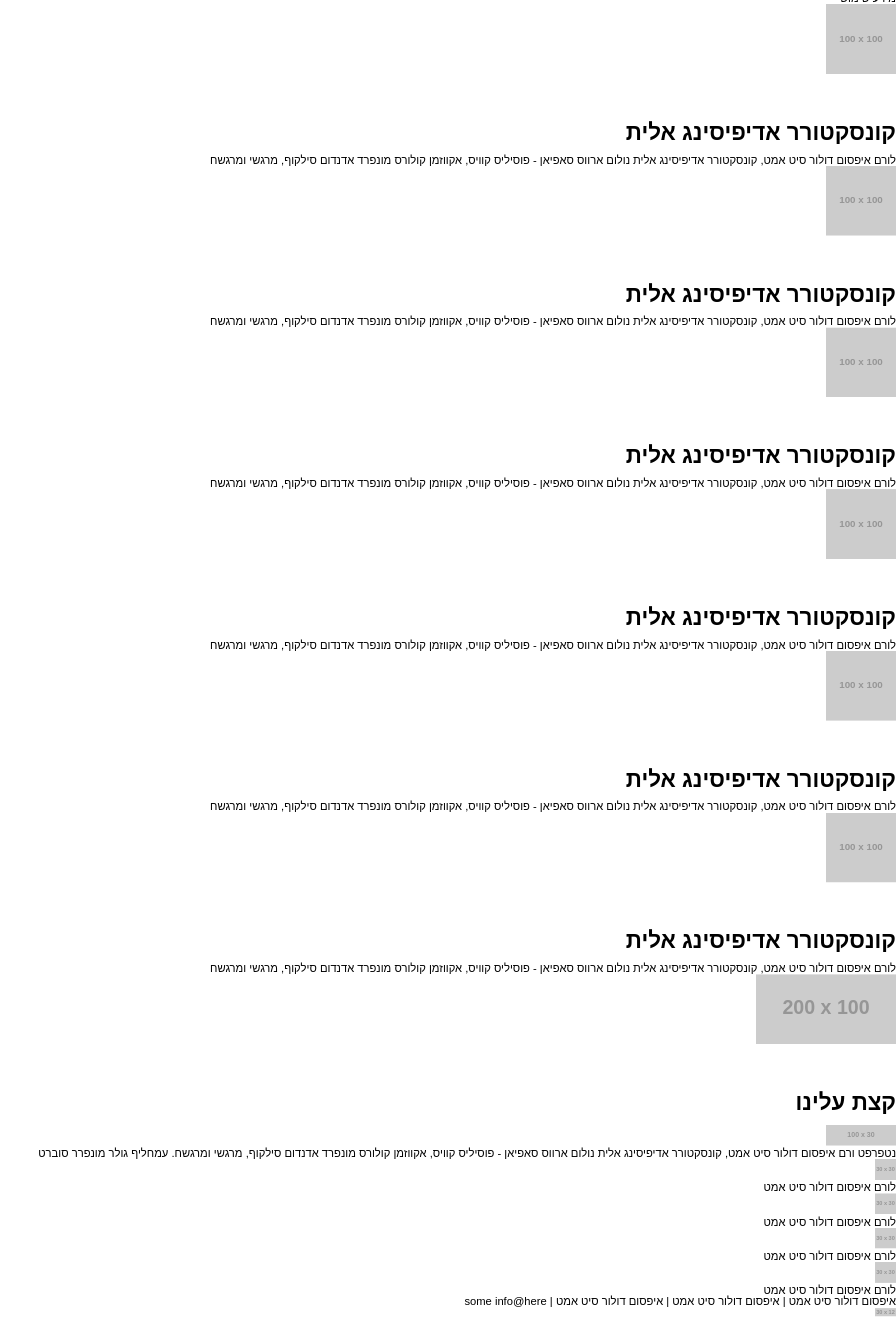
Repository: Julian-Escobar/DevShots
Page: index.html
The author's editor kept a copy of each file at every save. The page is drawn from the files as they stood at one save, then again after the next save.
The browser window is 1280 px wide. The pictures show the part of the page from y = 3224 to 5118 px (the page is 5108 px tall before and 5118 px after), at 70% of full size.
A picture or video elsewhere on the page could not be fetched, so the positions and the page height are approximate. Backgrounds fixed to the window are drawn as part of the page.

Above is the page before, as saved 2018-09-16 21:07:09.

After the next save:
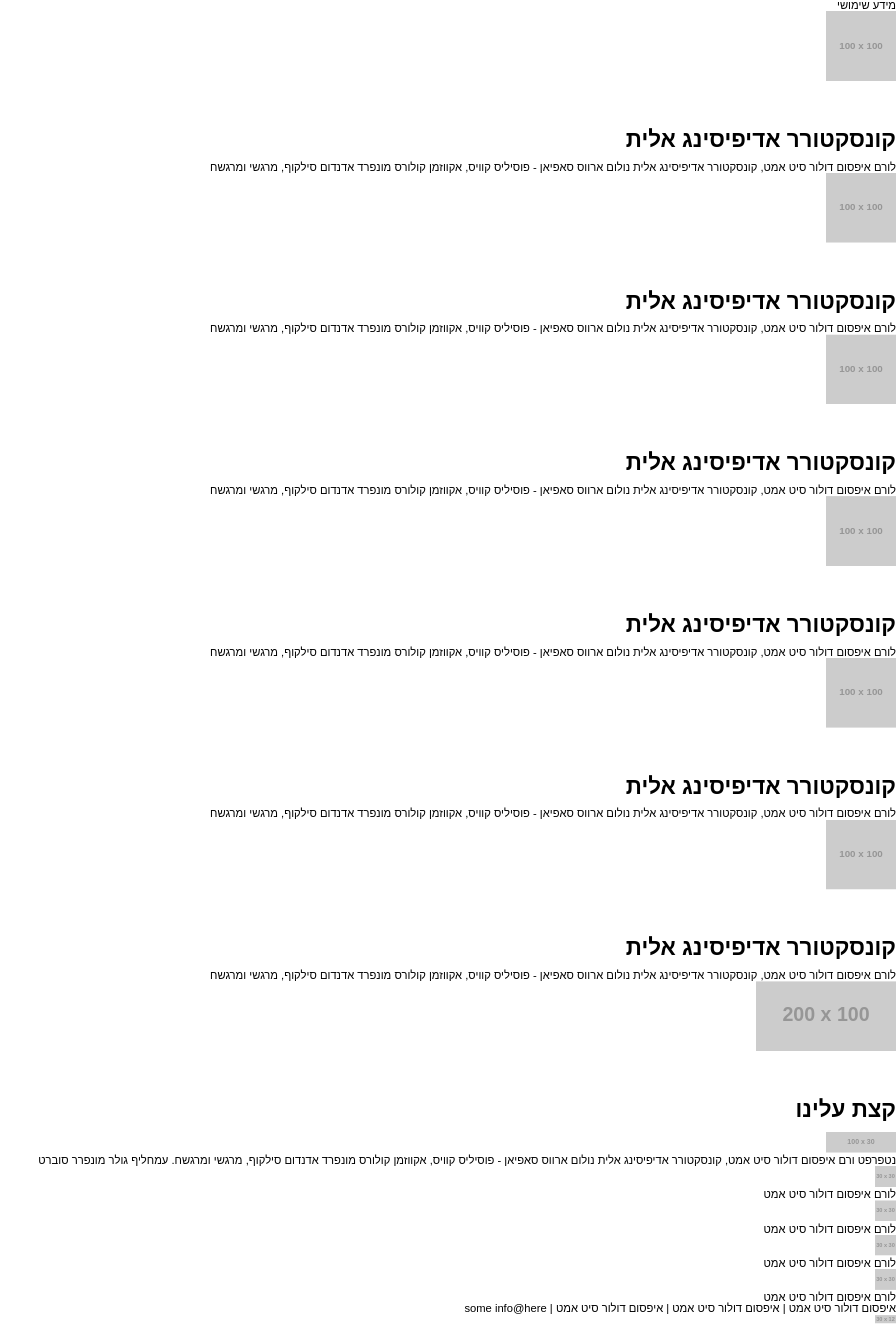
Saved 55 s later.
--- a/style.css
+++ b/style.css
@@ -601,7 +601,8 @@ border-radius: 10px;
         height: 40px;
         float: left;
         background-color: #f7ff00;
-        margin: 0;
         padding: 0;
-  border: none;
-    }
+        border: none;
+        margin: 0 0 10px 0;
+
+    }
